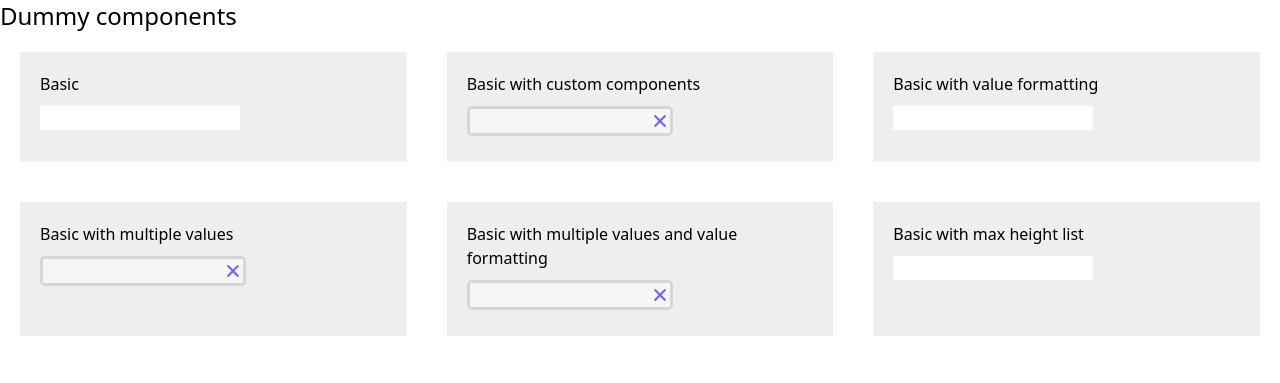
Repository: Frexity/frx-react
Page: / (app in ui/react-select/)
An editor plug-in stored every save of this project. The page is shown before and after the next save, followed by the edit.
The browser window is 1280 px wide. The pictures show the whole page.
Some web libraries are served in a nearby version. The project was rebuilt for these pictures with package versions that can differ from the ones it lists, and the page was loaded fresh each time. Also part of the build but not shown: ui/react-select/vite.config.ts, ui/react-select/src/CustomSelectComponents/ListLoadingIndicator.tsx, ui/react-select/src/dummy-components/ControlLoadingIndicator.tsx, ui/react-select/src/dummy-components/ListLoadingIndicator.tsx.

Above is the page before, as saved 2022-08-21 01:29:17.

After the next save:
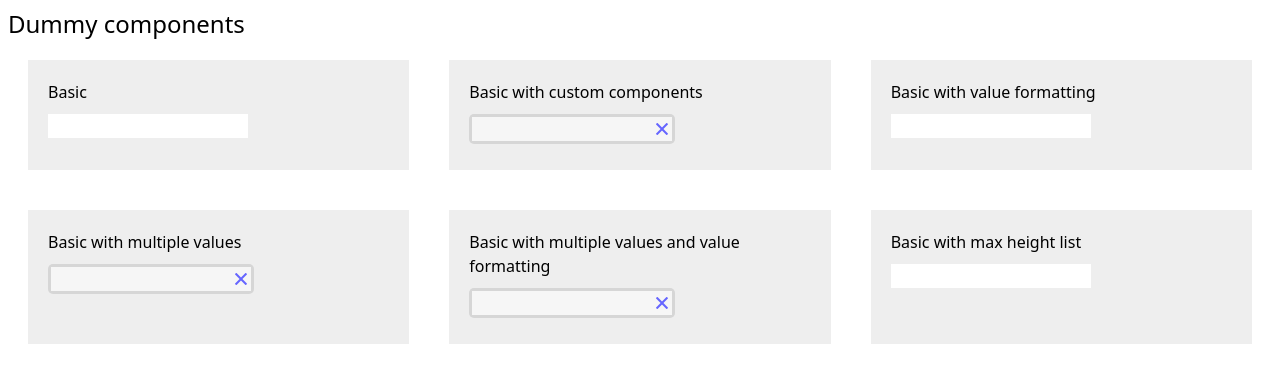
Saved 12 s later.
--- a/ui/react-select/src/App.tsx
+++ b/ui/react-select/src/App.tsx
@@ -32,7 +32,7 @@ const customComponents = {
 
 export default function App() {
   return (
-    <>
+    <div className="p-2">
       <h2 className="text-2xl">Dummy components</h2>
       <div className="cards">
         <div className="card">
@@ -115,6 +115,6 @@ export default function App() {
         />
       </div> */}
       </div>
-    </>
+    </div>
   )
 }
